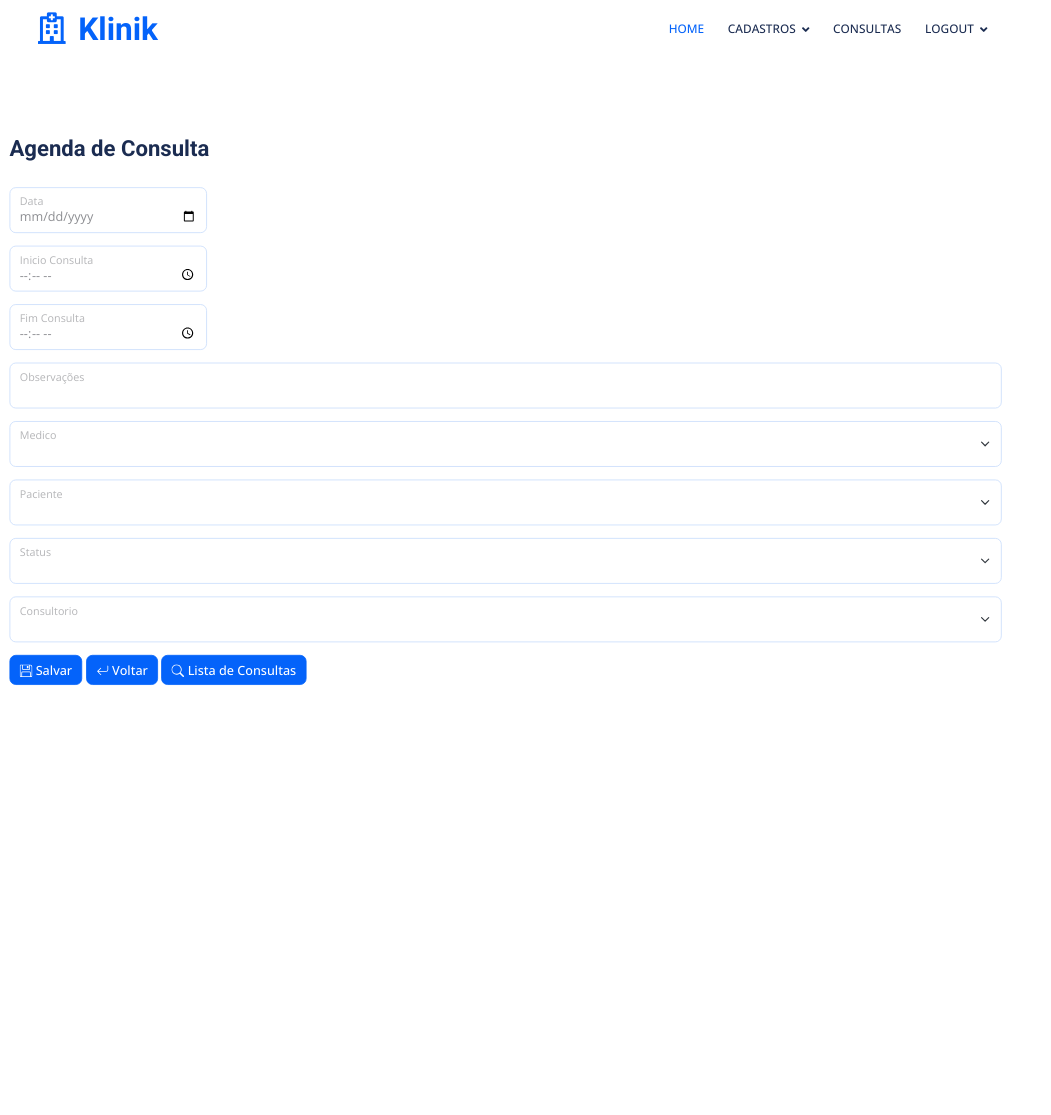
Repository: henrickrufino91/AgendaConsultas
Page: http://localhost/consulta/novaConsulta
The author's editor kept a copy of each file at every save. The page is drawn from the files as they stood at one save, then again after the next save.
The browser window is 1280 px wide. The page is 1331 px wide, so the pictures cover 1331 px, including what lies to the right of the window. The pictures show the whole page, at 79% of full size.
Some web libraries are served in a nearby version. The page is this project's Thymeleaf template; nobody is signed in. The template is opened directly, without the code that normally fills it, so the values that code supplies are empty.

Above is the page before, as saved 2024-12-27 03:49:05.

After the next save:
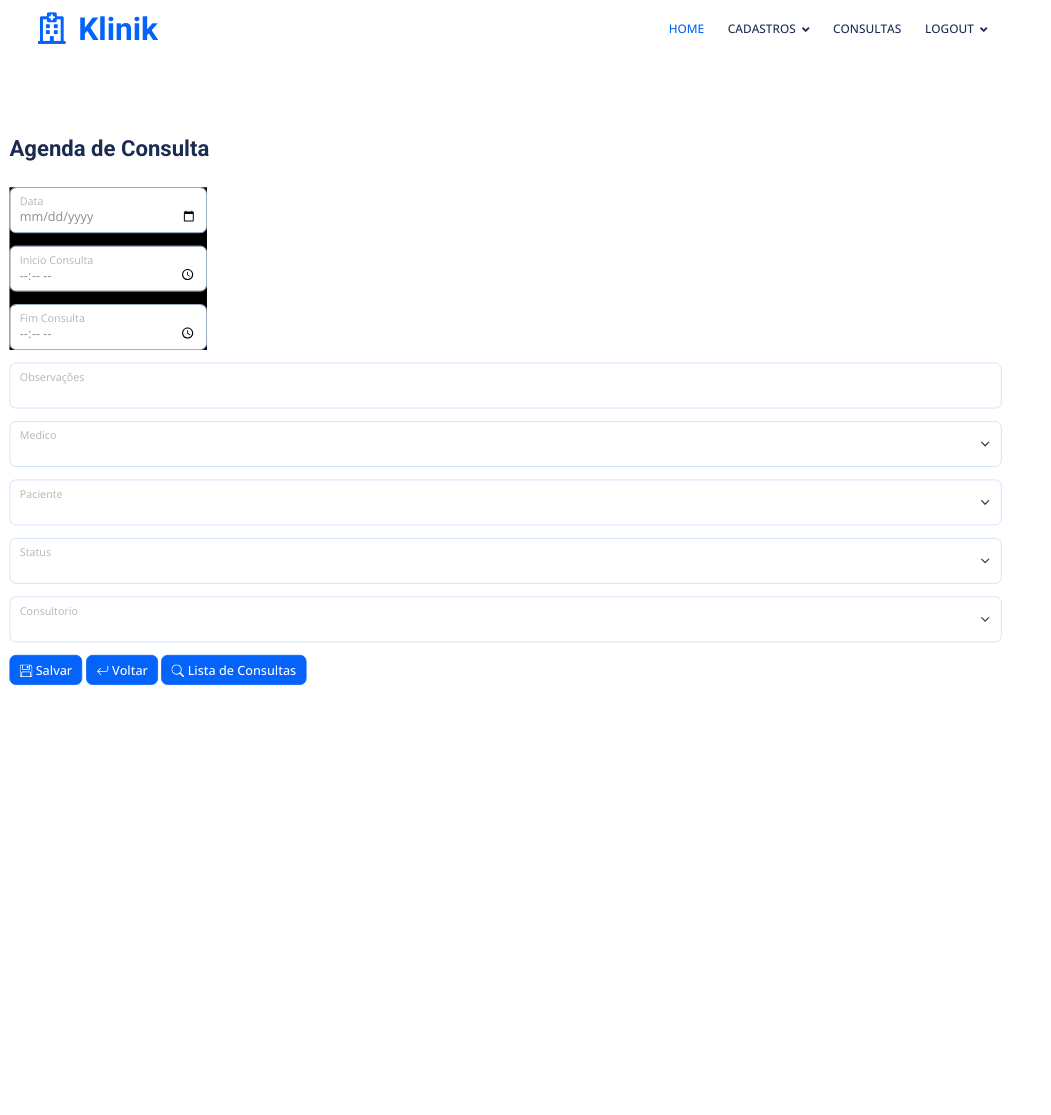
Saved 74 s later.
--- a/clinica/src/main/resources/templates/consulta/novaConsulta.html
+++ b/clinica/src/main/resources/templates/consulta/novaConsulta.html
@@ -111,7 +111,7 @@
 
 											<br>
 
-											<div style="width: 250px">
+											<div style="width: 250px; background-color: black;" >
 
                                             <div class="form-floating mb-3" id="a1">
                                                 <input class="form-control" th:field="*{dataConsulta}" id="inputEmail" type="date" />
